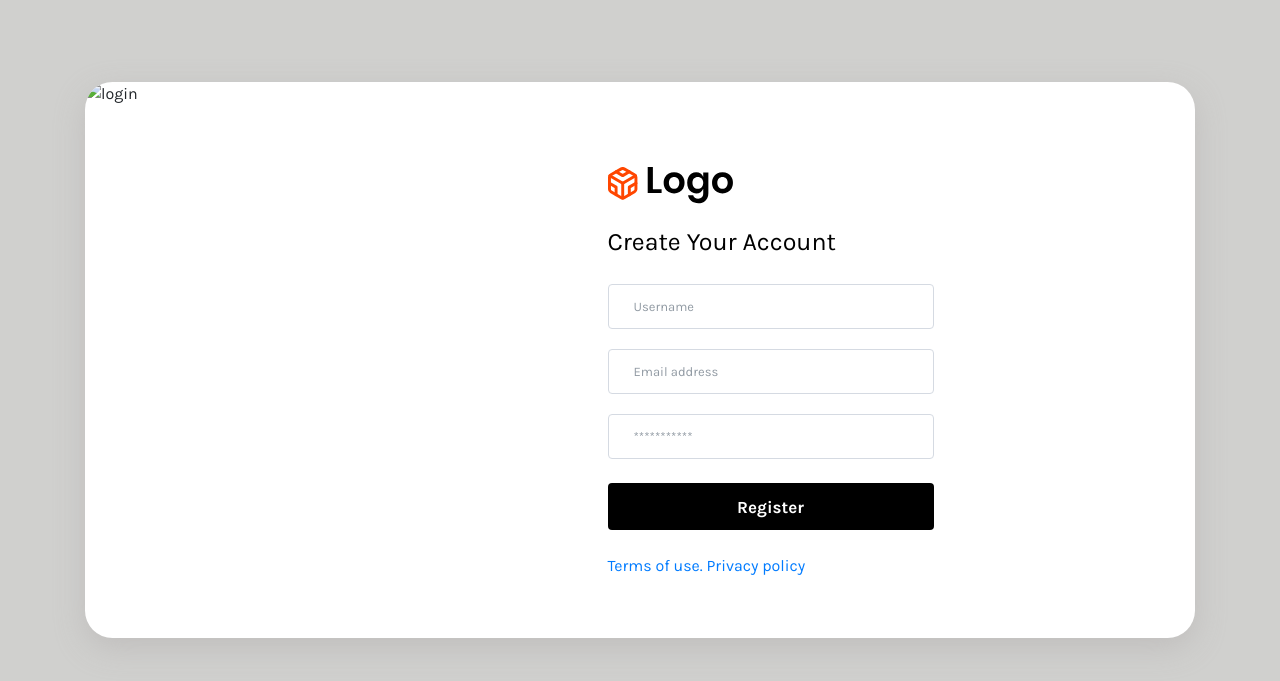
Repository: sara55m/Login
Page: http://localhost/register
These files come from the project's save history. The page is drawn as it stood at one moment and after the next save; the edit follows.
The browser window is 1280 px wide. The pictures show the whole page.
Some web libraries are served in a nearby version. The page is served by the project's Laravel application, run on PHP 8.4 with Laravel 10. Other server files are loaded and not shown.

Above is the page before, as saved 2024-03-01 17:06:50.

### routes/web.php
<?php

use Illuminate\Support\Facades\Route;

/*
|--------------------------------------------------------------------------
| Web Routes
|--------------------------------------------------------------------------
|
| Here is where you can register web routes for your application. These
| routes are loaded by the RouteServiceProvider and all of them will
| be assigned to the "web" middleware group. Make something great!
|
*/

Route::get('/', function () {
    return view('welcome');
});


Route::get('/register', function () {
    return view('register');
});

### resources/views/register.blade.php
<!DOCTYPE html>
<html lang="en">
<head>
  <meta charset="UTF-8">
  <meta name="viewport" content="width=device-width, initial-scale=1.0">
  <meta http-equiv="X-UA-Compatible" content="ie=edge">
  <title>Register Template</title>
  <link href="https://fonts.googleapis.com/css?family=Karla:400,700&display=swap" rel="stylesheet">
  <link rel="stylesheet" href="https://cdn.materialdesignicons.com/4.8.95/css/materialdesignicons.min.css">
  <link rel="stylesheet" href="https://stackpath.bootstrapcdn.com/bootstrap/4.4.1/css/bootstrap.min.css">
  <link rel="stylesheet" href="assets/css/login.css">
</head>
<body>
  <main class="d-flex align-items-center min-vh-100 py-3 py-md-0">
    <div class="container">
      <div class="card login-card">
        <div class="row no-gutters">
          <div class="col-md-5">
            <img src="assets/images/images.jpg" alt="login" class="login-card-img">
          </div>
          <div class="col-md-7">
            <div class="card-body">
              <div class="brand-wrapper">
                <img src="assets/images/logo.svg" alt="logo" class="logo">
              </div>
              <p class="login-card-description">Create Your Account</p>
              <form action="#!">
                <div class="form-group">
                    <label for="username" class="sr-only">Username</label>
                    <input type="text" name="username" id="username" class="form-control" placeholder="Username">
                  </div>
                  <div class="form-group">
                    <label for="email" class="sr-only">Email</label>
                    <input type="email" name="email" id="email" class="form-control" placeholder="Email address">
                  </div>
                  <div class="form-group mb-4">
                    <label for="password" class="sr-only">Password</label>
                    <input type="password" name="password" id="password" class="form-control" placeholder="***********">
                  </div>
                  <input name="register" id="register" class="btn btn-block login-btn mb-4" type="button" value="Register">
                </form>

                  <a href="#!">Terms of use.</a>
                  <a href="#!">Privacy policy</a>
                </nav>
            </div>
          </div>
        </div>
      </div>
      <!-- <div class="card login-card">
        <img src="assets/images/login.jpg" alt="login" class="login-card-img">
        <div class="card-body">
          <h2 class="login-card-title">Login</h2>
          <p class="login-card-description">Sign in to your account to continue.</p>
          <form action="#!">
            <div class="form-group">
              <label for="email" class="sr-only">Email</label>
              <input type="email" name="email" id="email" class="form-control" placeholder="Email">
            </div>
            <div class="form-group">
              <label for="password" class="sr-only">Password</label>
              <input type="password" name="password" id="password" class="form-control" placeholder="Password">
            </div>
            <div class="form-prompt-wrapper">
              <div class="custom-control custom-checkbox login-card-check-box">
                <input type="checkbox" class="custom-control-input" id="customCheck1">
                <label class="custom-control-label" for="customCheck1">Remember me</label>
              </div>
              <a href="#!" class="text-reset">Forgot password?</a>
            </div>
            <input name="login" id="login" class="btn btn-block login-btn mb-4" type="button" value="Login">
          </form>
          <p class="login-card-footer-text">Don't have an account? <a href="#!" class="text-reset">Register here</a></p>
        </div>
      </div> -->
    </div>
  </main>
  <script src="https://code.jquery.com/jquery-3.4.1.min.js"></script>
  <script src="https://cdn.jsdelivr.net/npm/popper.js@1.16.0/dist/umd/popper.min.js"></script>
  <script src="https://stackpath.bootstrapcdn.com/bootstrap/4.4.1/js/bootstrap.min.js"></script>
</body>
</html>

### public/assets/css/login.css
body {
  font-family: "Karla", sans-serif;
  background-color: #d0d0ce;
  min-height: 100vh; }

.brand-wrapper {
  margin-bottom: 19px; }
  .brand-wrapper .logo {
    height: 37px; }

.login-card {
  border: 0;
  border-radius: 27.5px;
  box-shadow: 0 10px 30px 0 rgba(172, 168, 168, 0.43);
  overflow: hidden; }
  .login-card-img {
    border-radius: 0;
    position: absolute;
    width: 100%;
    height: 100%;
    -o-object-fit: cover;
       object-fit: cover; }
  .login-card .card-body {
    padding: 85px 60px 60px; }
    @media (max-width: 422px) {
      .login-card .card-body {
        padding: 35px 24px; } }
  .login-card-description {
    font-size: 25px;
    color: #000;
    font-weight: normal;
    margin-bottom: 23px; }
  .login-card form {
    max-width: 326px; }
  .login-card .form-control {
    border: 1px solid #d5dae2;
    padding: 15px 25px;
    margin-bottom: 20px;
    min-height: 45px;
    font-size: 13px;
    line-height: 15;
    font-weight: normal; }
    .login-card .form-control::-webkit-input-placeholder {
      color: #919aa3; }
    .login-card .form-control::-moz-placeholder {
      color: #919aa3; }
    .login-card .form-control:-ms-input-placeholder {
      color: #919aa3; }
    .login-card .form-control::-ms-input-placeholder {
      color: #919aa3; }
    .login-card .form-control::placeholder {
      color: #919aa3; }
  .login-card .login-btn {
    padding: 13px 20px 12px;
    background-color: #000;
    border-radius: 4px;
    font-size: 17px;
    font-weight: bold;
    line-height: 20px;
    color: #fff;
    margin-bottom: 24px; }
    .login-card .login-btn:hover {
      border: 1px solid #000;
      background-color: transparent;
      color: #000; }
  .login-card .forgot-password-link {
    font-size: 14px;
    color: #919aa3;
    margin-bottom: 12px; }
  .login-card-footer-text {
    font-size: 16px;
    color: #0d2366;
    margin-bottom: 60px; }
    @media (max-width: 767px) {
      .login-card-footer-text {
        margin-bottom: 24px; } }
  .login-card-footer-nav a {
    font-size: 14px;
    color: #919aa3; }

/*# sourceMappingURL=login.css.map */

### public/assets/images/logo.svg
<svg xmlns="http://www.w3.org/2000/svg" width="85" height="25" viewBox="0 0 85 25">
  <g fill="none" fill-rule="evenodd" transform="translate(1)">
    <g stroke="#FF4600" stroke-linecap="round" stroke-linejoin="round" stroke-width="2" transform="translate(0 1)">
      <path d="M18,14 L18,6 C17.9992679,5.28620161 17.6181681,4.62689901 17,4.27 L10,0.27 C9.38119785,-0.0872655899 8.61880215,-0.0872655899 8,0.27 L1,4.27 C0.38183192,4.62689901 0.00073214874,5.28620161 0,6 L0,14 C0.00073214874,14.7137984 0.38183192,15.373101 1,15.73 L8,19.73 C8.61880215,20.0872656 9.38119785,20.0872656 10,19.73 L17,15.73 C17.6181681,15.373101 17.9992679,14.7137984 18,14 Z"/>
      <polyline points="4.5 2.21 9 4.81 13.5 2.21"/>
      <polyline points="4.5 17.79 4.5 12.6 0 10"/>
      <polyline points="18 10 13.5 12.6 13.5 17.79"/>
      <polyline points=".27 4.96 9 10.01 17.73 4.96"/>
      <line x1="9" x2="9" y1="20.08" y2="10"/>
    </g>
    <path fill="#000" fill-rule="nonzero" d="M29.525,14.95 L35.45,14.95 L35.45,17.65 L26,17.65 L26,1.77635684e-15 L29.525,1.77635684e-15 L29.525,14.95 Z M43.95,3.625 C45.3000068,3.625 46.5124946,3.9083305 47.5875,4.475 C48.6625054,5.0416695 49.5083303,5.86249463 50.125,6.9375 C50.7416698,8.01250538 51.05,9.27499275 51.05,10.725 C51.05,12.1750073 50.7416698,13.433328 50.125,14.5 C49.5083303,15.566672 48.6625054,16.3874971 47.5875,16.9625 C46.5124946,17.5375029 45.3000068,17.825 43.95,17.825 C42.5999933,17.825 41.3875054,17.5375029 40.3125,16.9625 C39.2374946,16.3874971 38.3916698,15.566672 37.775,14.5 C37.1583303,13.433328 36.85,12.1750073 36.85,10.725 C36.85,9.27499275 37.1583303,8.01250538 37.775,6.9375 C38.3916698,5.86249463 39.2374946,5.0416695 40.3125,4.475 C41.3875054,3.9083305 42.5999933,3.625 43.95,3.625 Z M43.95,6.675 C42.9666618,6.675 42.1333368,7.02082988 41.45,7.7125 C40.7666633,8.40417013 40.425,9.40832675 40.425,10.725 C40.425,12.0416733 40.7666633,13.0458299 41.45,13.7375 C42.1333368,14.4291701 42.9666618,14.775 43.95,14.775 C44.9333383,14.775 45.7666633,14.4291701 46.45,13.7375 C47.1333368,13.0458299 47.475,12.0416733 47.475,10.725 C47.475,9.40832675 47.1333368,8.40417013 46.45,7.7125 C45.7666633,7.02082988 44.9333383,6.675 43.95,6.675 Z M58.975,3.625 C60.1416725,3.625 61.1416625,3.89999725 61.975,4.45 C62.8083375,5.00000275 63.3999983,5.741662 63.75,6.675 L63.75,3.8 L67.25,3.8 L67.25,17.7 C67.25,18.9833398 66.9958359,20.1374949 66.4875,21.1625 C65.9791641,22.1875051 65.2208384,22.9916638 64.2125,23.575 C63.2041616,24.1583363 61.9833405,24.45 60.55,24.45 C58.54999,24.45 56.9333395,23.9750048 55.7,23.025 C54.4666605,22.0749953 53.716668,20.7833415 53.45,19.15 L56.925,19.15 C57.125001,19.8500035 57.5124971,20.3958314 58.0875,20.7875 C58.6625029,21.1791686 59.3999955,21.375 60.3,21.375 C61.3333385,21.375 62.1666635,21.0708364 62.8,20.4625 C63.4333365,19.8541636 63.75,18.9333395 63.75,17.7 L63.75,14.75 C63.3999983,15.683338 62.8083375,16.4291639 61.975,16.9875 C61.1416625,17.5458361 60.1416725,17.825 58.975,17.825 C57.8083275,17.825 56.758338,17.5416695 55.825,16.975 C54.891662,16.4083305 54.1625026,15.5875054 53.6375,14.5125 C53.1124974,13.4374946 52.85,12.1750073 52.85,10.725 C52.85,9.27499275 53.1124974,8.01250538 53.6375,6.9375 C54.1625026,5.86249463 54.891662,5.0416695 55.825,4.475 C56.758338,3.9083305 57.8083275,3.625 58.975,3.625 Z M60.075,6.7 C58.9749945,6.7 58.09167,7.05832975 57.425,7.775 C56.75833,8.49167025 56.425,9.47499375 56.425,10.725 C56.425,11.9750063 56.75833,12.9541631 57.425,13.6625 C58.09167,14.3708369 58.9749945,14.725 60.075,14.725 C61.141672,14.725 62.0208299,14.3625036 62.7125,13.6375 C63.4041701,12.9124964 63.75,11.9416728 63.75,10.725 C63.75,9.4916605 63.4041701,8.51250363 62.7125,7.7875 C62.0208299,7.06249638 61.141672,6.7 60.075,6.7 Z M76.85,3.625 C78.2000068,3.625 79.4124946,3.9083305 80.4875,4.475 C81.5625054,5.0416695 82.4083303,5.86249463 83.025,6.9375 C83.6416698,8.01250538 83.95,9.27499275 83.95,10.725 C83.95,12.1750073 83.6416698,13.433328 83.025,14.5 C82.4083303,15.566672 81.5625054,16.3874971 80.4875,16.9625 C79.4124946,17.5375029 78.2000068,17.825 76.85,17.825 C75.4999933,17.825 74.2875054,17.5375029 73.2125,16.9625 C72.1374946,16.3874971 71.2916698,15.566672 70.675,14.5 C70.0583303,13.433328 69.75,12.1750073 69.75,10.725 C69.75,9.27499275 70.0583303,8.01250538 70.675,6.9375 C71.2916698,5.86249463 72.1374946,5.0416695 73.2125,4.475 C74.2875054,3.9083305 75.4999933,3.625 76.85,3.625 Z M76.85,6.675 C75.8666618,6.675 75.0333368,7.02082988 74.35,7.7125 C73.6666633,8.40417013 73.325,9.40832675 73.325,10.725 C73.325,12.0416733 73.6666633,13.0458299 74.35,13.7375 C75.0333368,14.4291701 75.8666618,14.775 76.85,14.775 C77.8333383,14.775 78.6666633,14.4291701 79.35,13.7375 C80.0333368,13.0458299 80.375,12.0416733 80.375,10.725 C80.375,9.40832675 80.0333368,8.40417013 79.35,7.7125 C78.6666633,7.02082988 77.8333383,6.675 76.85,6.675 Z"/>
  </g>
</svg>

### public/assets/images/question.svg
<?xml version="1.0" encoding="iso-8859-1"?>
<!-- Generator: Adobe Illustrator 19.0.0, SVG Export Plug-In . SVG Version: 6.00 Build 0)  -->
<svg version="1.1" id="Layer_1" xmlns="http://www.w3.org/2000/svg" xmlns:xlink="http://www.w3.org/1999/xlink" x="0px" y="0px"
	 viewBox="0 0 508 508" style="enable-background:new 0 0 508 508;" xml:space="preserve">
<circle style="fill:#90DFAA;" cx="254" cy="254" r="254"/>
<path style="fill:#FFFFFF;" d="M263.3,87.5c-86.8,0-157.2,70.4-157.2,157.2c0,27.2,6.9,52.8,19.1,75.1l-19.1,82.1l82.1-19.1
	c22.3,12.2,47.9,19.1,75.1,19.1c86.8,0,157.2-70.4,157.2-157.2S350.1,87.5,263.3,87.5z"/>
<path style="fill:#FF7058;" d="M271.6,280.3h-29.3v-15.8c0-6.9,0.8-12.1,2.5-15.4c1.6-3.4,5.2-7.8,10.8-13.3l18.9-18.9
	c4-4.3,6-9.7,6-16.1c0-6.4-2.1-11.7-6.2-15.9c-4.2-4.2-9.5-6.4-16.1-6.4s-12,2-16.5,6.1c-4.4,4.1-7,9.5-7.7,16.2h-31.4
	c1.7-15.4,7.7-27.4,18-36.1c10.3-8.7,23.1-13.1,38.5-13.1s27.9,4.2,37.6,12.6c9.7,8.4,14.5,20.1,14.5,35.1c0,10.4-2.8,19-8.5,25.9
	c-3.3,4.1-5.8,7.1-7.5,8.8s-4,3.9-6.9,6.6c-2.9,2.7-5.3,5-7.3,7s-3.6,3.7-4.8,5.1c-3.1,3.8-4.7,9.2-4.7,16.1v11.5H271.6z
	 M257.5,337.9c-5.4,0-10.1-1.9-14.1-5.6s-6-8.2-6-13.5s1.9-9.8,5.8-13.6c3.9-3.8,8.6-5.7,14-5.7c5.4,0,10.1,1.9,14.1,5.6
	s5.9,8.2,5.9,13.5s-1.9,9.8-5.8,13.6C267.6,336,262.9,337.9,257.5,337.9z"/>
<g>
</g>
<g>
</g>
<g>
</g>
<g>
</g>
<g>
</g>
<g>
</g>
<g>
</g>
<g>
</g>
<g>
</g>
<g>
</g>
<g>
</g>
<g>
</g>
<g>
</g>
<g>
</g>
<g>
</g>
</svg>

After the next save:
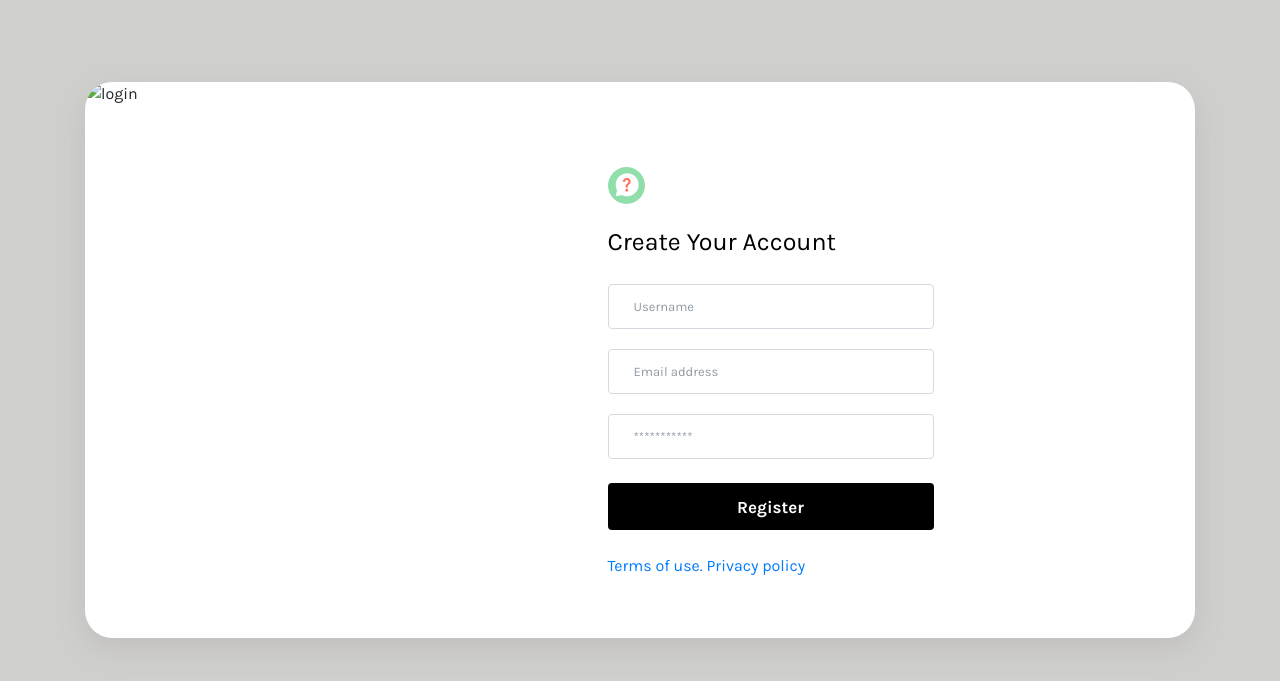
Saved 8 min 32 s later.
--- a/resources/views/register.blade.php
+++ b/resources/views/register.blade.php
@@ -21,7 +21,7 @@
           <div class="col-md-7">
             <div class="card-body">
               <div class="brand-wrapper">
-                <img src="assets/images/logo.svg" alt="logo" class="logo">
+                <img src="assets/images/question.svg" alt="logo" class="logo">
               </div>
               <p class="login-card-description">Create Your Account</p>
               <form action="#!">
